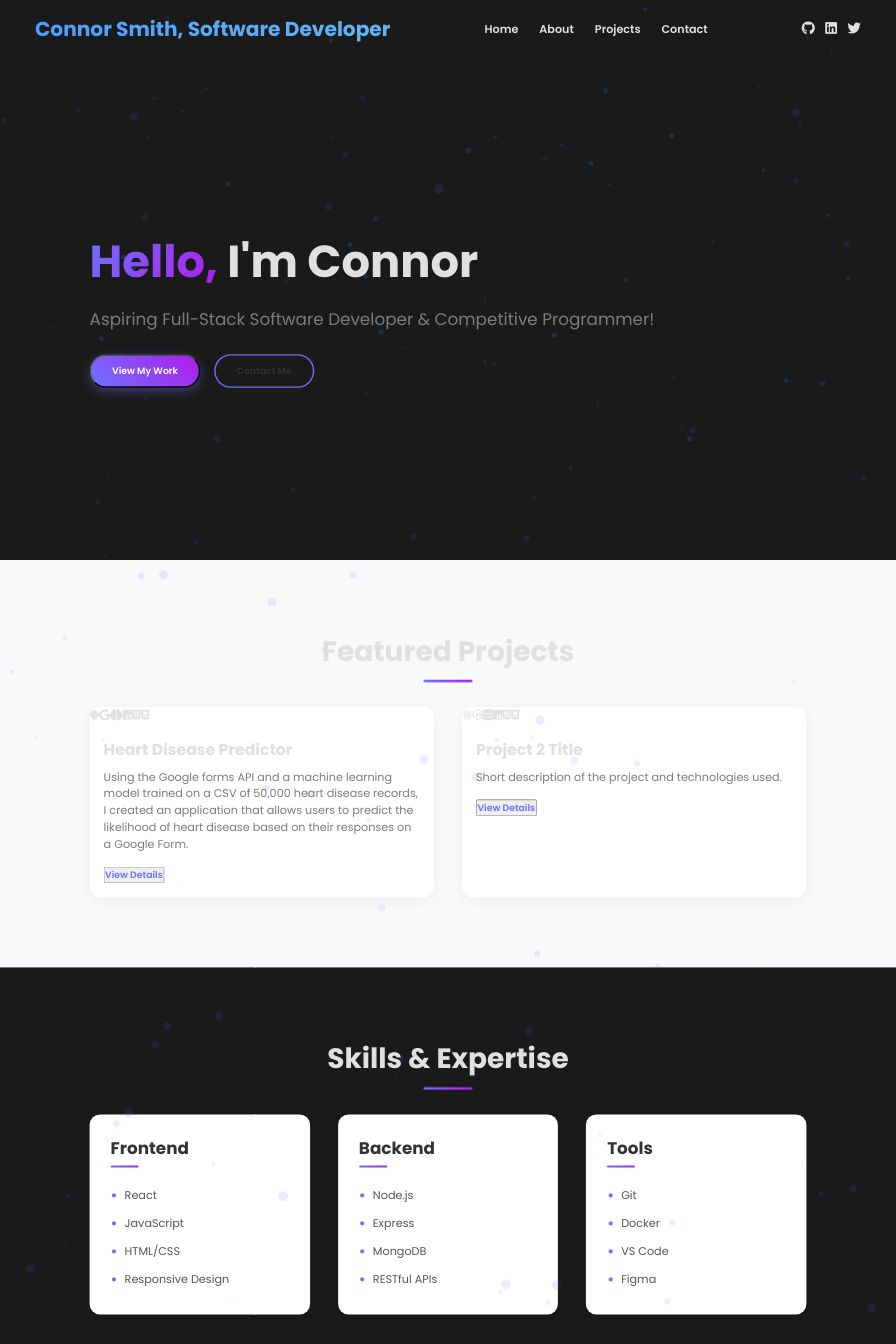
Repository: connorGS9/portfolio-website
Page: /
The author's editor kept a copy of each file at every save. The page is drawn from the files as they stood at one save, then again after the next save.
The browser window is 1280 px wide. The pictures show the part of the page from y = 0 to 1920 px (the page is 3146 px tall before and 3330 px after), at 70% of full size.
The project was rebuilt for these pictures with package versions that can differ from the ones it lists, and the page was loaded fresh each time.

Above is the page before, as saved 2025-05-28 22:53:19.

### public/index.html
<!DOCTYPE html>
<html lang="en">
<head>
  <meta charset="UTF-8" />
  <meta name="viewport" content="width=device-width, initial-scale=1.0" />
  <meta name="description" content="Connor's personal portfolio website showcasing projects and development skills" />
  <title>Connor Smith | Portfolio</title>

  <!-- Font Awesome -->
  <link rel="stylesheet" href="https://cdnjs.cloudflare.com/ajax/libs/font-awesome/5.15.4/css/all.min.css" />

  <!-- Google Fonts -->
  <link rel="preconnect" href="https://fonts.googleapis.com">
  <link rel="preconnect" href="https://fonts.gstatic.com" crossorigin>
  <link href="https://fonts.googleapis.com/css2?family=Poppins:wght@300;400;500;600;700&display=swap" rel="stylesheet">
</head>
<body>
  <noscript>You need to enable JavaScript to run this app.</noscript>
  <div id="root"></div>
</body>
</html>

### src/app.jsx
import React, { useState, useEffect } from 'react';
import { BrowserRouter as Router, Routes, Route } from 'react-router-dom';
import Navbar from './components/Navbar';
import Home from './pages/Home';
import About from './pages/About';
import Projects from './pages/Projects';
import Contact from './pages/Contact';
import Footer from './components/Footer';
import AnimatedCursor from './components/AnimatedCursor';
import BackgroundAnimation from './components/BackgroundAnimation';
import './styles/App.css';

function App() {
  const [isLoading, setIsLoading] = useState(true);

  useEffect(() => {
    // Simulate loading time
    setTimeout(() => {
      setIsLoading(false);
    }, 1500);
  }, []);

  return (
    <Router>
      <div className="app">
        {isLoading ? (
          <div className="loader">
            <div className="loader-content">
              <div className="loader-circle"></div>
              <h2>Loading...</h2>
            </div>
          </div>
        ) : (
          <>
            <AnimatedCursor />
            <BackgroundAnimation />
            <Navbar />
            <main>
              <Routes>
                <Route path="/" element={<Home />} />
                <Route path="/about" element={<About />} />
                <Route path="/projects" element={<Projects />} />
                <Route path="/contact" element={<Contact />} />
              </Routes>
            </main>
            <Footer />
          </>
        )}
      </div>
    </Router>
  );
}

export default App;

### src/components/AnimatedCursor.jsx
import React, { useEffect, useState, useRef } from 'react';
import '../styles/AnimatedCursor.css';

const AnimatedCursor = () => {
  const cursorRef = useRef(null);
  const cursorDotRef = useRef(null);
  const [isVisible, setIsVisible] = useState(false);
  const [isClicked, setIsClicked] = useState(false);
  const [isLinkHovered, setIsLinkHovered] = useState(false);

  useEffect(() => {
    const cursor = cursorRef.current;
    const cursorDot = cursorDotRef.current;

    if (!cursor || !cursorDot) return;

    const onMouseMove = (e) => {
      const clientX = e.clientX;
      const clientY = e.clientY;

      // Position the outer cursor with a slight delay for the trailing effect
      const setPos = () => {
        cursor.style.transform = `translate3d(${clientX}px, ${clientY}px, 0)`;
      };

      // Position the inner dot immediately
      cursorDot.style.transform = `translate3d(${clientX}px, ${clientY}px, 0)`;

      requestAnimationFrame(setPos);

      if (!isVisible) {
        setIsVisible(true);
        cursor.style.opacity = 1;
        cursorDot.style.opacity = 1;
      }
    };

    const onMouseDown = () => {
      setIsClicked(true);
    };

    const onMouseUp = () => {
      setIsClicked(false);
    };

    const onMouseLeave = () => {
      setIsVisible(false);
      cursor.style.opacity = 0;
      cursorDot.style.opacity = 0;
    };

    // Check for interactive elements
    const handleLinkHover = () => {
      setIsLinkHovered(true);
    };

    const handleLinkLeave = () => {
      setIsLinkHovered(false);
    };

    // Add event listeners to links, buttons, and other interactive elements
    const interactiveElements = document.querySelectorAll('a, button, input, textarea, select, [role="button"]');

    interactiveElements.forEach(el => {
      el.addEventListener('mouseenter', handleLinkHover);
      el.addEventListener('mouseleave', handleLinkLeave);
    });

    // Add general mouse event listeners
    document.addEventListener('mousemove', onMouseMove);
    document.addEventListener('mousedown', onMouseDown);
    document.addEventListener('mouseup', onMouseUp);
    document.addEventListener('mouseleave', onMouseLeave);

    // Cleanup
    return () => {
      document.removeEventListener('mousemove', onMouseMove);
      document.removeEventListener('mousedown', onMouseDown);
      document.removeEventListener('mouseup', onMouseUp);
      document.removeEventListener('mouseleave', onMouseLeave);

      interactiveElements.forEach(el => {
        el.removeEventListener('mouseenter', handleLinkHover);
        el.removeEventListener('mouseleave', handleLinkLeave);
      });
    };
  }, [isVisible, isClicked, isLinkHovered]);

  return (
    <>
      <div
        ref={cursorRef}
        className={`cursor ${isClicked ? 'cursor--clicked' : ''} ${isLinkHovered ? 'cursor--link-hovered' : ''}`}
      />
      <div
        ref={cursorDotRef}
        className={`cursor-dot ${isClicked ? 'cursor-dot--clicked' : ''} ${isLinkHovered ? 'cursor-dot--link-hovered' : ''}`}
      />
    </>
  );
};

export default AnimatedCursor;

### src/components/BackgroundAnimation.jsx
import React, { useEffect, useRef } from 'react';
import '../styles/BackgroundAnimation.css';

const BackgroundAnimation = () => {
  const canvasRef = useRef(null);

  useEffect(() => {
    const canvas = canvasRef.current;
    const ctx = canvas.getContext('2d');
    let animationFrameId;
    let particles = [];

    // Particle class
    class Particle {
      constructor() {
        this.x = Math.random() * canvas.width;
        this.y = Math.random() * canvas.height;
        this.size = Math.random() * 3 + 1;
        this.speedX = Math.random() * 0.5 - 0.25;
        this.speedY = Math.random() * 0.5 - 0.25;
        this.color = `rgba(74, 158, 255, ${Math.random() * 0.2 + 0.1})`;
      }

      update() {
        this.x += this.speedX;
        this.y += this.speedY;

        if (this.x < 0 || this.x > canvas.width) this.speedX *= -1;
        if (this.y < 0 || this.y > canvas.height) this.speedY *= -1;
      }

      draw() {
        ctx.fillStyle = this.color;
        ctx.beginPath();
        ctx.arc(this.x, this.y, this.size, 0, Math.PI * 2);
        ctx.fill();
      }
    }

    // Set canvas dimensions
    const resizeCanvas = () => {
      canvas.width = window.innerWidth;
      canvas.height = window.innerHeight;
      initParticles();
    };

    window.addEventListener('resize', resizeCanvas);
    resizeCanvas();

    // Initialize particles
    function initParticles() {
      particles = [];
      const particleCount = Math.floor((canvas.width * canvas.height) / 15000);

      for (let i = 0; i < particleCount; i++) {
        particles.push(new Particle());
      }
    }

    // Connect particles with lines
    function connectParticles() {
      const maxDistance = 150;

      for (let i = 0; i < particles.length; i++) {
        for (let j = i; j < particles.length; j++) {
          const dx = particles[i].x - particles[j].x;
          const dy = particles[i].y - particles[j].y;
          const distance = Math.sqrt(dx * dx + dy * dy);

          if (distance < maxDistance) {
            const opacity = 1 - (distance / maxDistance);
            ctx.strokeStyle = `rgba(74, 158, 255, ${opacity * 0.2})`;
            ctx.lineWidth = 1;
            ctx.beginPath();
            ctx.moveTo(particles[i].x, particles[i].y);
            ctx.lineTo(particles[j].x, particles[j].y);
            ctx.stroke();
          }
        }
      }
    }

    // Animation loop
    function animate() {
      ctx.clearRect(0, 0, canvas.width, canvas.height);

      for (let i = 0; i < particles.length; i++) {
        particles[i].update();
        particles[i].draw();
      }

      connectParticles();
      animationFrameId = requestAnimationFrame(animate);
    }

    animate();

    // Cleanup
    return () => {
      window.removeEventListener('resize', resizeCanvas);
      cancelAnimationFrame(animationFrameId);
    };
  }, []);

  return (
    <div className="background-animation">
      <canvas ref={canvasRef}></canvas>
    </div>
  );
};

export default BackgroundAnimation;

### src/styles/Home.css
.home {
    position: relative;
    padding: 0;
    overflow: hidden;
  }

  /* Particles Animation */
  .particles-container {
    position: absolute;
    top: 0;
    left: 0;
    width: 100%;
    height: 100%;
    z-index: 0;
    overflow: hidden;
  }

  .particle {
    position: absolute;
    background: rgba(100, 100, 255, 0.2);
    border-radius: 50%;
    animation: float linear infinite;
    transform: scale(0);
    opacity: 0;
  }

  @keyframes float {
    0% {
      transform: scale(0);
      opacity: 0;
    }
    20% {
      transform: scale(1);
      opacity: 0.7;
    }
    100% {
      transform: translateY(-150px) scale(0.5);
      opacity: 0;
    }
  }

  /* Hero Section */
  .hero {
    position: relative;
    height: 100vh;
    display: flex;
    flex-direction: column;
    justify-content: center;
    align-items: flex-start;
    padding: 0 10%;
    z-index: 1;
  }

  .title {
    font-size: 4rem;
    margin-bottom: 1rem;
    transform: translateY(20px);
    opacity: 0;
    transition: all 0.8s cubic-bezier(0.175, 0.885, 0.32, 1.275);
  }

  .title.animate-in {
    transform: translateY(0);
    opacity: 1;
  }

  .highlight {
    background: linear-gradient(120deg, #6e72fc, #ad1deb);
    background-clip: text;
    -webkit-background-clip: text;
    -webkit-text-fill-color: transparent;
    color: transparent;
  }

  .subtitle {
    font-size: 1.5rem;
    margin-bottom: 2rem;
    color: #7c7c7c;
    transform: translateY(20px);
    opacity: 0;
    transition: all 0.8s cubic-bezier(0.175, 0.885, 0.32, 1.275);
    transition-delay: 0.2s;
  }

  .subtitle.animate-in {
    transform: translateY(0);
    opacity: 1;
  }

  .cta-container {
    display: flex;
    gap: 20px;
    transform: translateY(20px);
    opacity: 0;
    transition: all 0.8s cubic-bezier(0.175, 0.885, 0.32, 1.275);
    transition-delay: 0.4s;
  }

  .cta-container.animate-in {
    transform: translateY(0);
    opacity: 1;
  }

  .cta-button {
    display: inline-block;
    padding: 12px 30px;
    border-radius: 30px;
    font-weight: 600;
    text-decoration: none;
    transition: all 0.3s ease;
    position: relative;
    overflow: hidden;
    z-index: 1;
  }

  .cta-button.primary {
    background: linear-gradient(45deg, #6e72fc, #ad1deb);
    color: white;
    box-shadow: 0 5px 15px rgba(110, 114, 252, 0.4);
  }

  .cta-button.secondary {
    background: transparent;
    color: #333;
    border: 2px solid #6e72fc;
  }

  .cta-button:hover {
    transform: translateY(-3px);
    box-shadow: 0 8px 20px rgba(0, 0, 0, 0.2);
  }

  .cta-button.primary:hover {
    background: linear-gradient(45deg, #5a5cfa, #9b19d9);
  }

  .cta-button.secondary:hover {
    background: rgba(110, 114, 252, 0.1);
  }

  /* Scroll Indicator */
  .scroll-indicator {
    position: absolute;
    bottom: 40px;
    left: 50%;
    transform: translateX(-50%);
    display: flex;
    flex-direction: column;
    align-items: center;
    color: #7c7c7c;
    font-size: 0.9rem;
    opacity: 0.7;
    animation: fadeInUp 1.5s ease 1s forwards;
    opacity: 0;
  }

  @keyframes fadeInUp {
    from {
      opacity: 0;
      transform: translate(-50%, 20px);
    }
    to {
      opacity: 0.7;
      transform: translate(-50%, 0);
    }
  }

  .scroll-arrow {
    width: 20px;
    height: 30px;
    border: 2px solid #7c7c7c;
    border-radius: 15px;
    margin-top: 10px;
    position: relative;
  }

  .scroll-arrow::before {
    content: '';
    position: absolute;
    top: 5px;
    left: 50%;
    width: 6px;
    height: 6px;
    background: #7c7c7c;
    border-radius: 50%;
    transform: translateX(-50%);
    animation: scrollDown 2s infinite;
  }

  @keyframes scrollDown {
    0% {
      opacity: 1;
      transform: translate(-50%, 0);
    }
    75% {
      opacity: 0;
      transform: translate(-50%, 15px);
    }
    100% {
      opacity: 0;
      transform: translate(-50%, 15px);
    }
  }

  /* Featured Projects Section */
  .featured-section {
    padding: 100px 10%;
    background: #f8f9fa;
  }

  .section-title {
    font-size: 2.5rem;
    margin-bottom: 50px;
    text-align: center;
    position: relative;
  }

  .section-title::after {
    content: '';
    position: absolute;
    bottom: -15px;
    left: 50%;
    transform: translateX(-50%);
    width: 70px;
    height: 4px;
    background: linear-gradient(45deg, #6e72fc, #ad1deb);
    border-radius: 2px;
  }

  .featured-grid {
    display: grid;
    grid-template-columns: repeat(auto-fit, minmax(300px, 1fr));
    gap: 40px;
  }

  .featured-item {
    background: white;
    border-radius: 15px;
    overflow: hidden;
    box-shadow: 0 5px 20px rgba(0, 0, 0, 0.05);
    transition: transform 0.3s ease;
  }

  .featured-item:hover {
    transform: translateY(-10px);
  }

  .featured-image {
    height: 200px;
    overflow: hidden;
  }

  .image-placeholder {
    width: 100%;
    height: 100%;
    background: linear-gradient(45deg, #f3f3f3, #e7e7e7);
    position: relative;
  }

  .featured-item h3 {
    padding: 20px 20px 10px;
    font-size: 1.4rem;
  }

  .featured-item p {
    padding: 0 20px;
    color: #7c7c7c;
  }

  .featured-link {
    display: inline-block;
    margin: 20px;
    color: #6e72fc;
    font-weight: 600;
    text-decoration: none;
    position: relative;
    transition: all 0.3s ease;
  }

  .featured-link::after {
    content: '';
    position: absolute;
    bottom: -3px;
    left: 0;
    width: 0;
    height: 2px;
    background: #6e72fc;
    transition: width 0.3s ease;
  }

  .featured-link:hover::after {
    width: 100%;
  }

  /* Skills Section */
  .skills-section {
    padding: 100px 10%;
  }

  .skills-grid {
    display: grid;
    grid-template-columns: repeat(auto-fit, minmax(250px, 1fr));
    gap: 40px;
  }

  .skill-category {
    background: white;
    border-radius: 15px;
    padding: 30px;
    box-shadow: 0 5px 20px rgba(0, 0, 0, 0.05);
    transition: all 0.3s ease;
  }

  .skill-category:hover {
    transform: translateY(-5px);
    box-shadow: 0 10px 30px rgba(0, 0, 0, 0.1);
  }

  .skill-category h3 {
    font-size: 1.5rem;
    margin-bottom: 20px;
    color: #333;
    position: relative;
    padding-bottom: 10px;
  }

  .skill-category h3::after {
    content: '';
    position: absolute;
    bottom: 0;
    left: 0;
    width: 40px;
    height: 3px;
    background: linear-gradient(45deg, #6e72fc, #ad1deb);
    border-radius: 1.5px;
  }

  .skill-category ul {
    list-style: none;
    padding: 0;
  }

  .skill-category li {
    padding: 8px 0;
    color: #555;
    position: relative;
    padding-left: 20px;
  }

  .skill-category li::before {
    content: '•';
    position: absolute;
    left: 0;
    color: #6e72fc;
    font-size: 1.5rem;
    line-height: 1;
  }

  /* Responsive Styles */
  @media (max-width: 768px) {
    .title {
      font-size: 3rem;
    }

    .subtitle {
      font-size: 1.2rem;
    }

    .cta-container {
      flex-direction: column;
      gap: 15px;
    }

    .featured-section,
    .skills-section {
      padding: 80px 5%;
    }
  }

  @media (max-width: 480px) {
    .title {
      font-size: 2.5rem;
    }

    .featured-grid,
    .skills-grid {
      grid-template-columns: 1fr;
    }
  }

  /* Contact Section */
  .contact-section {
    padding: 100px 10%;
    background: var(--light-color);
  }

  .contact-content {
    max-width: 1200px;
    margin: 0 auto;
    display: grid;
    grid-template-columns: 1fr;
    gap: 40px;
  }

  .contact-info {
    background: var(--dark-color);
    padding: 40px;
    border-radius: 15px;
    box-shadow: var(--box-shadow);
  }

  .contact-info h3 {
    font-size: 1.8rem;
    margin-bottom: 20px;
    color: var(--text-color);
  }

  .contact-info p {
    color: var(--light-text-color);
    margin-bottom: 30px;
    line-height: 1.6;
  }

  .contact-links {
    display: flex;
    flex-direction: column;
    gap: 15px;
  }

  .contact-link {
    display: flex;
    align-items: center;
    gap: 10px;
    color: var(--text-color);
    text-decoration: none;
    transition: var(--transition);
    padding: 10px;
    border-radius: 8px;
    background: rgba(255, 255, 255, 0.05);
  }

  .contact-link:hover {
    background: rgba(255, 255, 255, 0.1);
    transform: translateX(10px);
  }

  .contact-link i {
    font-size: 1.2rem;
    color: var(--primary-color);
  }

  @media (max-width: 768px) {
    .contact-section {
      padding: 80px 5%;
    }

    .contact-info {
      padding: 30px;
    }

    .contact-info h3 {
      font-size: 1.5rem;
    }
  }

  @media (max-width: 480px) {
    .contact-section {
      padding: 60px 5%;
    }

    .contact-info {
      padding: 20px;
    }

    .contact-link {
      font-size: 0.9rem;
    }
  }

### src/styles/AnimatedCursor.css
body {
    cursor: none;
  }

  /* But keep default cursor on touch devices */
  @media (pointer: coarse) {
    body {
      cursor: auto;
    }

    .cursor, .cursor-dot {
      display: none;
    }
  }

  /* Custom cursor styles */
  .cursor {
    position: fixed;
    width: 40px;
    height: 40px;
    pointer-events: none;
    z-index: 999;
    opacity: 0;
    mix-blend-mode: difference;
  }

  .cursor::before,
  .cursor::after {
    content: '';
    position: absolute;
    background-color: #4a9eff;
    opacity: 0.8;
  }

  .cursor::before {
    width: 2px;
    height: 20px;
    left: 50%;
    top: 50%;
    transform: translate(-50%, -50%);
  }

  .cursor::after {
    width: 20px;
    height: 2px;
    left: 50%;
    top: 50%;
    transform: translate(-50%, -50%);
  }


  /* Cursor states */
  .cursor--clicked::before,
  .cursor--clicked::after {
    opacity: 0.5;
    transform: translate(-50%, -50%) scale(0.8);
  }

  .cursor--link-hovered::before,
  .cursor--link-hovered::after {
    opacity: 1;
    transform: translate(-50%, -50%) scale(1.2);
  }

### src/styles/BackgroundAnimation.css
.background-animation {
    position: fixed;
    top: 0;
    left: 0;
    width: 100%;
    height: 100%;
    z-index: -1;
    opacity: 0.6;
  }

  .background-animation canvas {
    display: block;
  }

Loaded but not shown: src/index.js (10 lines, source omitted); src/pages/Home.jsx (214 lines, source omitted); src/styles/Footer.css (254 lines, source omitted); src/components/Footer.jsx (106 lines, source omitted); src/styles/Navbar.css (201 lines, source omitted); src/components/Navbar.jsx (121 lines, source omitted); src/styles/App.css (194 lines, source omitted); src/pages/About.jsx (empty); src/pages/Projects.jsx (empty); src/pages/Contact.jsx (empty)

After the next save:
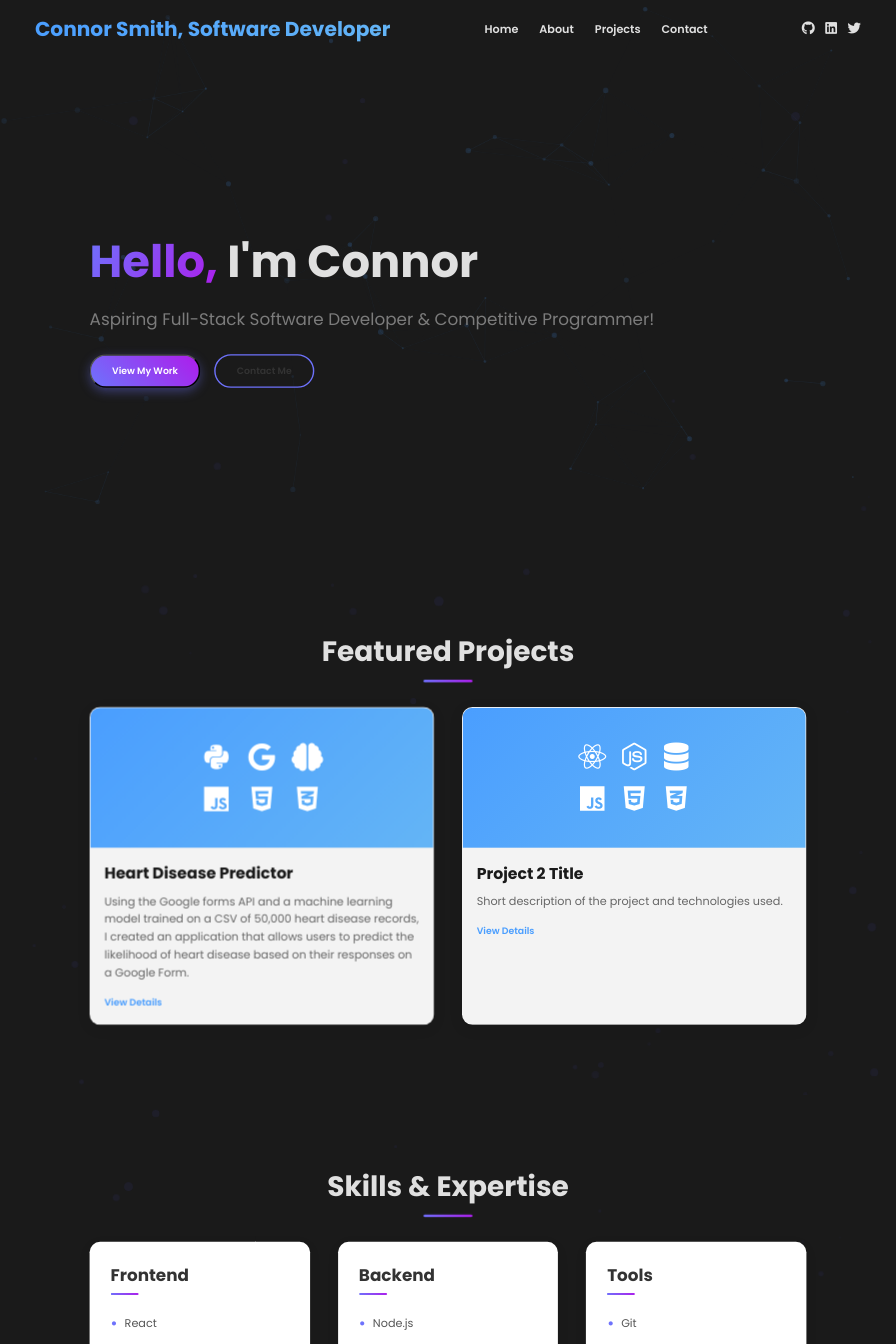
Saved 28 s later.
--- a/src/styles/Home.css
+++ b/src/styles/Home.css
@@ -13,11 +13,12 @@
     height: 100%;
     z-index: 0;
     overflow: hidden;
+    pointer-events: none;
   }
 
   .particle {
     position: absolute;
-    background: rgba(100, 100, 255, 0.2);
+    background: rgba(100, 100, 255, 0.1);
     border-radius: 50%;
     animation: float linear infinite;
     transform: scale(0);
@@ -204,8 +205,10 @@
 
   /* Featured Projects Section */
   .featured-section {
+    position: relative;
     padding: 100px 10%;
-    background: #f8f9fa;
+    background: transparent;
+    overflow: hidden;
   }
 
   .section-title {
@@ -228,53 +231,78 @@
   }
 
   .featured-grid {
+    position: relative;
+    z-index: 1;
     display: grid;
     grid-template-columns: repeat(auto-fit, minmax(300px, 1fr));
     gap: 40px;
   }
 
   .featured-item {
-    background: white;
+    background: rgba(255, 255, 255, 0.95);
+    backdrop-filter: blur(10px);
     border-radius: 15px;
     overflow: hidden;
-    box-shadow: 0 5px 20px rgba(0, 0, 0, 0.05);
+    box-shadow: 0 5px 20px rgba(0, 0, 0, 0.1);
     transition: transform 0.3s ease;
+    border: 1px solid rgba(255, 255, 255, 0.2);
   }
 
   .featured-item:hover {
     transform: translateY(-10px);
-  }
-
-  .featured-image {
+    box-shadow: 0 10px 30px rgba(0, 0, 0, 0.15);
+  }
+
+  .featured-tech {
     height: 200px;
-    overflow: hidden;
-  }
-
-  .image-placeholder {
-    width: 100%;
-    height: 100%;
-    background: linear-gradient(45deg, #f3f3f3, #e7e7e7);
-    position: relative;
+    background: linear-gradient(135deg, var(--primary-color), var(--secondary-color));
+    display: flex;
+    align-items: center;
+    justify-content: center;
+    padding: 20px;
+  }
+
+  .tech-icons {
+    display: grid;
+    grid-template-columns: repeat(3, 1fr);
+    gap: 20px;
+    text-align: center;
+  }
+
+  .tech-icons i {
+    font-size: 2.5rem;
+    color: white;
+    transition: transform 0.3s ease;
+  }
+
+  .tech-icons i:hover {
+    transform: scale(1.2);
   }
 
   .featured-item h3 {
     padding: 20px 20px 10px;
     font-size: 1.4rem;
+    color: var(--dark-color);
   }
 
   .featured-item p {
     padding: 0 20px;
-    color: #7c7c7c;
+    color: #666;
+    line-height: 1.6;
   }
 
   .featured-link {
     display: inline-block;
     margin: 20px;
-    color: #6e72fc;
+    color: var(--primary-color);
     font-weight: 600;
     text-decoration: none;
     position: relative;
     transition: all 0.3s ease;
+    background: none;
+    border: none;
+    cursor: pointer;
+    padding: 0;
   }
 
   .featured-link::after {
@@ -284,12 +312,17 @@
     left: 0;
     width: 0;
     height: 2px;
-    background: #6e72fc;
+    background: var(--primary-color);
     transition: width 0.3s ease;
+  }
+
+  .featured-link:hover {
+    color: var(--secondary-color);
   }
 
   .featured-link:hover::after {
     width: 100%;
+    background: var(--secondary-color);
   }
 
   /* Skills Section */
@@ -390,11 +423,15 @@
 
   /* Contact Section */
   .contact-section {
+    position: relative;
     padding: 100px 10%;
-    background: var(--light-color);
+    background: transparent;
+    overflow: hidden;
   }
 
   .contact-content {
+    position: relative;
+    z-index: 1;
     max-width: 1200px;
     margin: 0 auto;
     display: grid;
@@ -403,10 +440,12 @@
   }
 
   .contact-info {
-    background: var(--dark-color);
+    background: rgba(255, 255, 255, 0.95);
+    backdrop-filter: blur(10px);
     padding: 40px;
     border-radius: 15px;
-    box-shadow: var(--box-shadow);
+    box-shadow: 0 5px 20px rgba(0, 0, 0, 0.1);
+    border: 1px solid rgba(255, 255, 255, 0.2);
   }
 
   .contact-info h3 {
